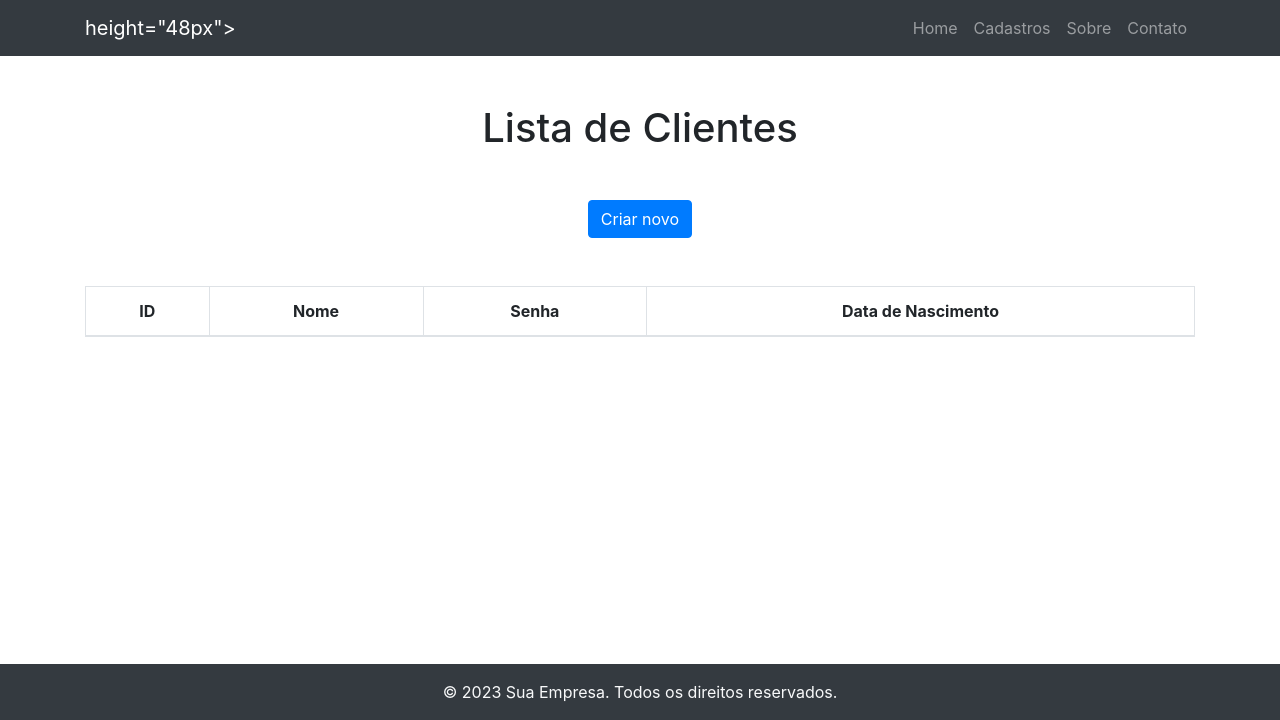
Repository: Vanessa2568/Atividade_Modulo4
Page: http://localhost/TurNE_crud/clientes.jsp
The author's editor kept a copy of each file at every save. The page is drawn from the files as they stood at one save, then again after the next save.
The browser window is 1280 px wide. The pictures show the whole page.
Some web libraries are served in a nearby version. The page is served by Tomcat 9. Other server files are loaded and not shown. The template is opened directly, without the code that normally fills it, so the values that code supplies are empty.

Above is the page before, as saved 2023-11-03 02:07:59.

### TurNE_crud/src/main/webapp/clientes.jsp
<%@ page language="java" contentType="text/html; charset=UTF-8"
	pageEncoding="UTF-8"%>
<%@ taglib prefix="c" uri="http://java.sun.com/jsp/jstl/core"%>
<!DOCTYPE html>
<html>
<head>
<meta charset="UTF-8">
<title>Lista de Clientes</title>
<!-- Inclua o link para o Bootstrap via CDN -->
<link rel="stylesheet"
	href="https://maxcdn.bootstrapcdn.com/bootstrap/4.5.2/css/bootstrap.min.css">
</head>
<body class="text-center">
    <!-- Cabeçalho -->
    <header>
        <nav class="navbar navbar-expand-lg navbar-dark bg-dark text-light">
            <div class="container">
                <a class="navbar-brand" href="#">height="48px"></a>
                <button class="navbar-toggler" type="button" data-toggle="collapse" data-target="#navbarNav" aria-controls="navbarNav" aria-expanded="false" aria-label="Toggle navigation">
                    <span class="navbar-toggler-icon"></span>
                </button>
                <div class="collapse navbar-collapse" id="navbarNav">
                    <ul class="navbar-nav ml-auto">
                        <li class="nav-item">
                            <a class="nav-link" href="./index.html">Home</a>
                        </li>
                        <li class="nav-item">
                            <a class="nav-link" href="ReadController">Cadastros</a>
                        </li>
                        <li class="nav-item">
                            <a class="nav-link" href="#sobre">Sobre</a>
                        </li>
                        <li class="nav-item">
                            <a class="nav-link" href="#contato">Contato</a>
                        </li>
                    </ul>
                </div>
            </div>
        </nav>
    </header>
	<h1 class="mt-5">Lista de Clientes</h1>
	<div class="container mt-5">
	<a href="./cadastro.jsp" class="btn btn-primary mb-5">Criar novo</a>
		<table class="table table-bordered">
			<thead>
				<tr>
					<th>ID</th>
					<th>Nome</th>
					<th>Senha</th>
					<th>Data de Nascimento</th>
				</tr>
			</thead>
			<tbody>
				<c:forEach items="${clientes}" var="cliente">
					<tr>
						<td>${cliente.id}</td>
						<td>${cliente.nome}</td>
						<td>${cliente.senha}</td>
						<td>${cliente.dataNasc}</td>
<%-- 						<td>
<%-- 							<a href="UpdateController?id=${client.id}" class="btn btn-success">Editar</a> --%>
<%-- 							<a href="DeleteController?id=${client.id}" --%>
<%-- 							class="btn btn-danger">Excluir</a> --%>
<%-- 						</td> --%>
					</tr>
				</c:forEach>
			</tbody>
		</table>
	</div>
	 <!-- Rodapé -->
    <footer class="bg-dark text-light text-center py-3 fixed-bottom">
        &copy; 2023 Sua Empresa. Todos os direitos reservados.
    </footer>
	<!-- Inclua os scripts do Bootstrap via CDN -->
	<script src="https://code.jquery.com/jquery-3.5.1.slim.min.js"></script>
	<script
		src="https://cdn.jsdelivr.net/npm/@popperjs/core@2.5.3/dist/umd/popper.min.js"></script>
	<script
		src="https://maxcdn.bootstrapcdn.com/bootstrap/4.5.2/js/bootstrap.min.js"></script>

</body>
</html>

After the next save:
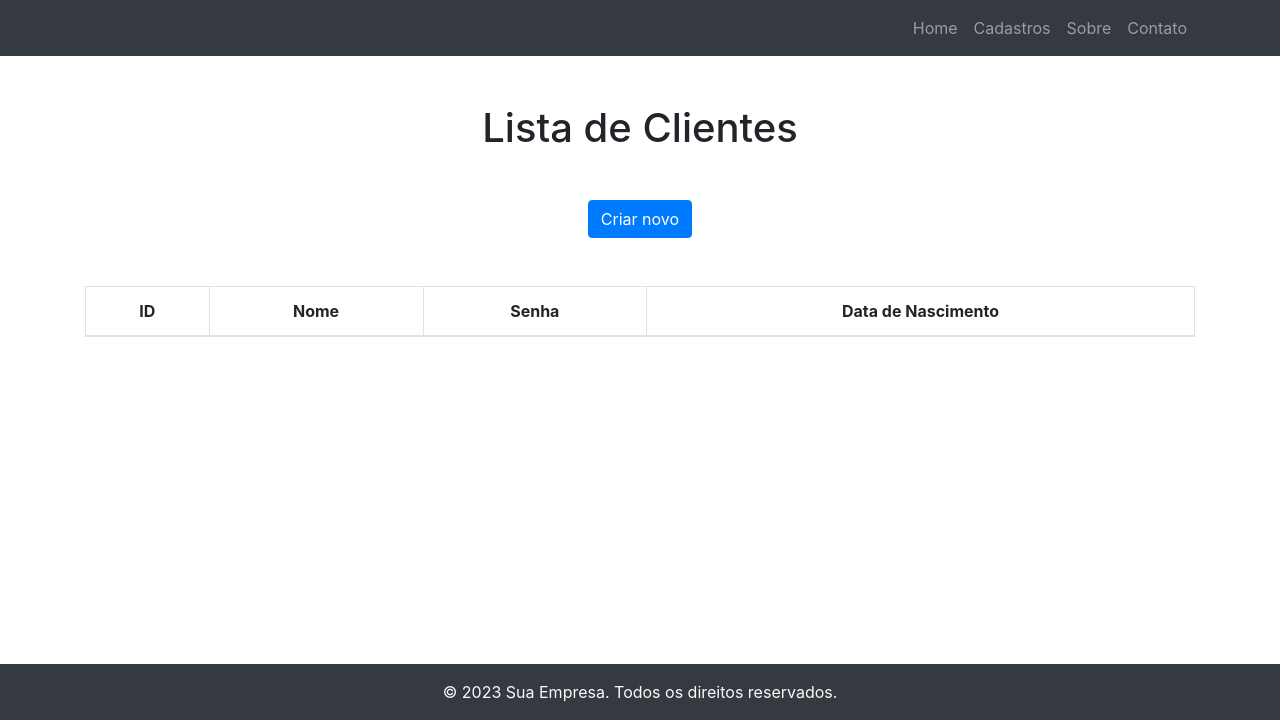
Saved 19 s later.
--- a/TurNE_crud/src/main/webapp/clientes.jsp
+++ b/TurNE_crud/src/main/webapp/clientes.jsp
@@ -15,7 +15,7 @@
     <header>
         <nav class="navbar navbar-expand-lg navbar-dark bg-dark text-light">
             <div class="container">
-                <a class="navbar-brand" href="#">height="48px"></a>
+                <a class="navbar-brand" href="#"></a>
                 <button class="navbar-toggler" type="button" data-toggle="collapse" data-target="#navbarNav" aria-controls="navbarNav" aria-expanded="false" aria-label="Toggle navigation">
                     <span class="navbar-toggler-icon"></span>
                 </button>
